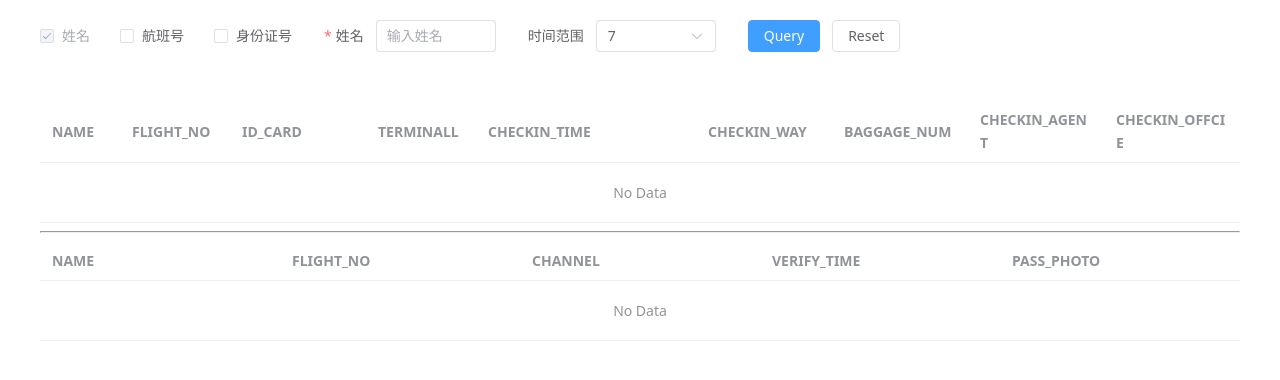
Repository: jhonMacTavish/through-baggage-info-check
Page: / (app in web/)
The author's editor kept a copy of each file at every save. The page is drawn from the files as they stood at one save, then again after the next save.
The browser window is 1280 px wide. The pictures show the whole page.
The project was rebuilt for these pictures with package versions that can differ from the ones it lists, and the page was loaded fresh each time. Also part of the build but not shown: web/vite.config.js.

Above is the page before, as saved 2025-03-12 16:58:04.

### web/index.html
<!--
 * @Author: john_mactavish 981192661@qq.com
 * @Date: 2025-03-12 09:20:58
 * @LastEditors: john_mactavish 981192661@qq.com
 * @LastEditTime: 2025-03-12 16:38:07
 * @FilePath: \passengerInfoSearch\web\index.html
 * @Description: 这是默认设置,请设置`customMade`, 打开koroFileHeader查看配置 进行设置: https://github.com/OBKoro1/koro1FileHeader/wiki/%E9%85%8D%E7%BD%AE
-->
<!doctype html>
<html lang="en">
  <head>
    <meta charset="UTF-8" />
    <link rel="icon" type="image/svg+xml" href="/vite.svg" />
    <meta name="viewport" content="width=device-width, initial-scale=1.0" />
    <title>旅客信息查询</title>
  </head>
  <body>
    <div id="app"></div>
    <script type="module" src="/src/main.js"></script>
  </body>
</html>

### web/src/main.js
/*
 * @Author: john_mactavish 981192661@qq.com
 * @Date: 2025-03-12 09:20:58
 * @LastEditors: john_mactavish 981192661@qq.com
 * @LastEditTime: 2025-03-12 09:31:55
 * @FilePath: \passengerInfoSearch\web\src\main.js
 * @Description: 这是默认设置,请设置`customMade`, 打开koroFileHeader查看配置 进行设置: https://github.com/OBKoro1/koro1FileHeader/wiki/%E9%85%8D%E7%BD%AE
 */
import { createApp } from 'vue'
import './style.css'
import ElementPlus from 'element-plus'
import 'element-plus/dist/index.css'
import App from './App.vue'

createApp(App).use(ElementPlus).mount('#app')

### web/src/style.css
:root {
  font-family: system-ui, Avenir, Helvetica, Arial, sans-serif;
  line-height: 1.5;
  font-weight: 400;

  color-scheme: light dark;
  color: rgba(255, 255, 255, 0.87);
  background-color: #242424;

  font-synthesis: none;
  text-rendering: optimizeLegibility;
  -webkit-font-smoothing: antialiased;
  -moz-osx-font-smoothing: grayscale;
}

a {
  font-weight: 500;
  color: #646cff;
  text-decoration: inherit;
}
a:hover {
  color: #535bf2;
}

body {
  margin: 0;
  display: flex;
  place-items: center;
  min-width: 320px;
  min-height: 100vh;
}

h1 {
  font-size: 3.2em;
  line-height: 1.1;
}

button {
  border-radius: 8px;
  border: 1px solid transparent;
  padding: 0.6em 1.2em;
  font-size: 1em;
  font-weight: 500;
  font-family: inherit;
  background-color: #1a1a1a;
  cursor: pointer;
  transition: border-color 0.25s;
}
button:hover {
  border-color: #646cff;
}
button:focus,
button:focus-visible {
  outline: 4px auto -webkit-focus-ring-color;
}

.card {
  padding: 2em;
}

#app {
  box-sizing: border-box;
  width: 100vw;
  height: 100vh;
  margin: 0 auto;
  padding: 20px;
  /* text-align: center; */
}

@media (prefers-color-scheme: light) {
  :root {
    color: #213547;
    background-color: #ffffff;
  }
  a:hover {
    color: #747bff;
  }
  button {
    background-color: #f9f9f9;
  }
}

### web/src/App.vue
<!--
 * @Author: john_mactavish 981192661@qq.com
 * @Date: 2025-03-12 09:20:58
 * @LastEditors: john_mactavish 981192661@qq.com
 * @LastEditTime: 2025-03-12 16:58:04
 * @FilePath: \passengerInfoSearch\web\src\App.vue
 * @Description: 这是默认设置,请设置`customMade`, 打开koroFileHeader查看配置 进行设置: https://github.com/OBKoro1/koro1FileHeader/wiki/%E9%85%8D%E7%BD%AE
-->
<script setup>
import Header from './components/Header.vue'
import axios from 'axios'
import { dayjs } from 'element-plus'
import { ref } from 'vue'

const passengerData = ref([]);
const verifyData = ref([]);

const reset = () => {
  passengerData.value = [];
  verifyData.value = [];
  console.log(passengerData.value, verifyData.value);
}

const queryPassenger = async (params) => {
  try {
    await axios.get("/api/queryPassenger", { params }).then(res => {
      const data = res.data.data;
      passengerData.value = data.map((item, index) => {
        item.CHECKIN_TIME = dayjs(item.CHECKIN_TIME).format('YYYY-MM-DD HH:mm:ss');
        return item
      });
    });
  } catch (error) {
    console.log(error);
  }
}

const queryVerify = async (row) => {
  const time = dayjs(dayjs()).diff(row.FLIGHT_DATE, 'day');
  const params = {
    PASSENGER_ID: row.ID,
    time
  }
  console.log(params);
  try {
    await axios.get("/api/queryVerify", { params }).then(res => {
      const data = res.data.data;
      console.log(data);
      verifyData.value = data.map(item => {
        item.VERIFY_TIME = dayjs(item.VERIFY_TIME).format('YYYY-MM-DD HH:mm:ss');
        item.VERIFY_TIME = dayjs(item.VERIFY_TIME).format('YYYY-MM-DD HH:mm:ss');
        return item
      });
    });
  } catch (error) {
    console.log(error);
  }
}
</script>

<template>
  <div class="common-layout">
    <el-container>
      <el-header>
        <Header @emitSearch="queryPassenger" @emitReset="reset" />
      </el-header>
      <el-main>
        <el-table :data="passengerData" style="width: 100%">
          <el-table-column label="NAME" width="80px">
            <template #default="scope">
              <el-button link type="primary" size="small" @click.prevent="queryVerify(scope.row)">
                {{ scope.row.NAME }}
              </el-button>
            </template>
          </el-table-column>
          <el-table-column prop="FLIGHT_NO" label="FLIGHT_NO" width="110px" />
          <el-table-column prop="ID_CARD" label="ID_CARD" />
          <el-table-column prop="TERMINALL" label="TERMINALL" width="110px" />
          <el-table-column prop="CHECKIN_TIME" label="CHECKIN_TIME" width="220px" />
          <el-table-column prop="CHECKIN_WAY" label="CHECKIN_WAY" />
          <el-table-column prop="BAGGAGE_NUM" label="BAGGAGE_NUM" />
          <el-table-column prop="CHECKIN_AGENT" label="CHECKIN_AGENT" />
          <el-table-column prop="CHECKIN_OFFCIE" label="CHECKIN_OFFCIE" />
        </el-table>
        <hr>
        <el-table :data="verifyData" style="width: 100%">
          <el-table-column prop="CARD_NAME" label="NAME" />
          <el-table-column prop="FLIGHT_NO" label="FLIGHT_NO" />
          <el-table-column prop="CHANNEL" label="CHANNEL" />
          <el-table-column prop="VERIFY_TIME" label="VERIFY_TIME" />
          <el-table-column label="PASS_PHOTO">
            <template #default="scope">
              <img :src="`http://10.33.113.23:8002${scope.row.PASS_PHOTO}`" alt="">
            </template>
          </el-table-column>
        </el-table>
      </el-main>
    </el-container>
  </div>
</template>

<style scoped>
.logo {
  height: 6em;
  padding: 1.5em;
  will-change: filter;
  transition: filter 300ms;
}

.logo:hover {
  filter: drop-shadow(0 0 2em #646cffaa);
}

.logo.vue:hover {
  filter: drop-shadow(0 0 2em #42b883aa);
}
</style>

### web/src/components/Header.vue
<!--
 * @Author: john_mactavish 981192661@qq.com
 * @Date: 2025-03-12 09:20:58
 * @LastEditors: john_mactavish 981192661@qq.com
 * @LastEditTime: 2025-03-12 15:37:19
 * @FilePath: \passengerInfoSearch\web\src\components\Header.vue
 * @Description: 这是默认设置,请设置`customMade`, 打开koroFileHeader查看配置 进行设置: https://github.com/OBKoro1/koro1FileHeader/wiki/%E9%85%8D%E7%BD%AE
-->
<template>
  <el-form ref="ruleFormRef" :rules="rules" :inline="true" :model="ruleForm" class="demo-form-inline">
    <el-form-item>
      <el-checkbox-group v-model="checkedItems" :min="1">
        <el-checkbox v-for="item in items" :key="item" :label="item" :value="item">
          {{ item }}
        </el-checkbox>
      </el-checkbox-group>
    </el-form-item>
    <el-form-item label="姓名" prop="name" v-if="checkedItems.includes('姓名')">
      <el-input v-model="ruleForm.name" :formatter="(value) => value.toUpperCase()" placeholder="输入姓名" clearable />
    </el-form-item>
    <el-form-item label="航班号" prop="flight" v-if="checkedItems.includes('航班号')">
      <el-input v-model="ruleForm.flight" :formatter="(value) => value.toUpperCase()" placeholder="输入航班号" clearable />
    </el-form-item>
    <el-form-item label="身份证号" prop="IDcard" v-if="checkedItems.includes('身份证号')">
      <el-input v-model="ruleForm.IDcard" :formatter="(value) => value.toUpperCase()" placeholder="输入身份证号" clearable />
    </el-form-item>
    <el-form-item label="时间范围">
      <el-select v-model="ruleForm.time" placeholder="选择时间" clearable>
        <el-option label="一周内" :value="7" />
        <el-option label="一月内" :value="30" />
      </el-select>
    </el-form-item>
    <el-form-item>
      <el-button type="primary" @click="onSubmit(ruleFormRef)">Query</el-button>
      <el-button @click="resetForm(ruleFormRef)">Reset</el-button>
    </el-form-item>
  </el-form>
</template>

<script lang="ts" setup>
import { ref, reactive, defineEmits } from 'vue'
import type { FormInstance, FormRules } from 'element-plus'

const emit = defineEmits([
  'emitSearch', 'emitReset'
])
const checkedItems = ref(['姓名'])
const items = ['姓名', '航班号', '身份证号']

const ruleForm = reactive({
  name: '',
  flight: '',
  IDcard: '',
  time: '7'
})
const validators = [
  (rule: any, value: any, callback: any) => {
    if (value === '') {
      callback(new Error('请输入姓名'))
    } else if (!/^[\u4e00-\u9fa5]{2,4}$/.test(value)) {
      callback(new Error("输入的姓名不符合规范"))
    } else {
      callback()
    }
  },
  (rule: any, value: any, callback: any) => {
    if (value === '') {
      callback(new Error('请输入航班号'))
    } else if (!/^[A-Z\d]{2}\d{3,4}$/.test(value)) {
      callback(new Error("输入的航班号不符合规范"))
    } else {
      callback()
    }
  },
  (rule: any, value: any, callback: any) => {
    if (value === '') {
      callback(new Error('请输入航班号'))
    } else if (!/^[1-9]\d{5}(18|19|20)\d{2}((0[1-9])|(1[0-2]))(([0-2][1-9])|10|20|30|31)\d{3}[0-9Xx]$/.test(value)) {
      callback(new Error("输入的身份证号不符合规范"))
    } else {
      callback()
    }
  }
];
const ruleFormRef = ref<FormInstance>()
const rules = reactive<FormRules<typeof ruleForm>>({
  name: [{ required: checkedItems.value.includes('姓名'), validator: validators[0], trigger: 'blur' }],
  flight: [{ required: checkedItems.value.includes('航班号'), validator: validators[1], trigger: 'blur' }],
  IDcard: [{ required: checkedItems.value.includes('身份证号'), validator: validators[2], trigger: 'blur' }],
})

const onSubmit = async (formEl: FormInstance | undefined) => {
  if(!formEl) return
  await formEl.validate((valid) => {
    if(valid){
      console.log('submit');
      emit('emitSearch', ruleForm);
    } else {
      console.log('error submit');
    }
  })
}

const resetForm = (formEl: FormInstance | undefined) => {
  if (!formEl) return
  formEl.resetFields();
  emit('emitSearch', '');
}
</script>

<style>
.demo-form-inline .el-input {
  --el-input-width: 120px;
}

.demo-form-inline .el-select {
  --el-select-width: 120px;
}
</style>

After the next save:
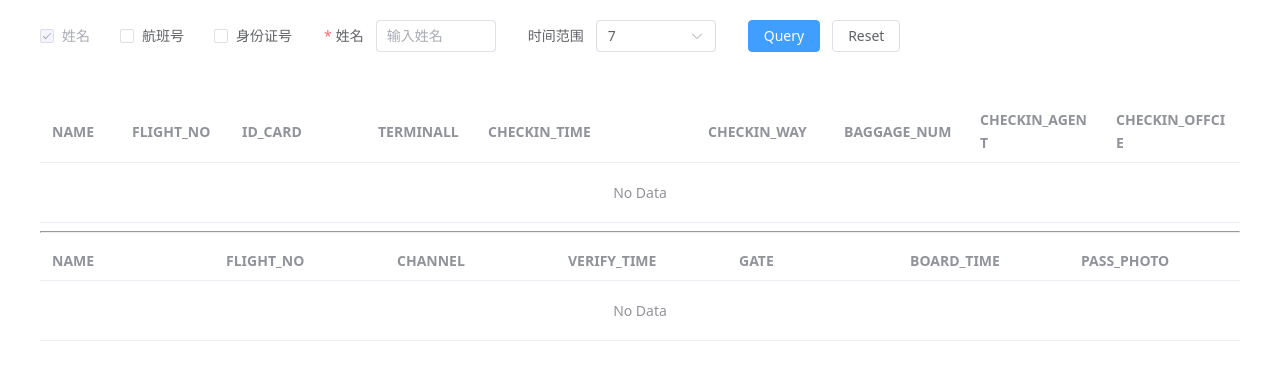
Saved 84 s later.
--- a/web/src/App.vue
+++ b/web/src/App.vue
@@ -2,7 +2,7 @@
  * @Author: john_mactavish 981192661@qq.com
  * @Date: 2025-03-12 09:20:58
  * @LastEditors: john_mactavish 981192661@qq.com
- * @LastEditTime: 2025-03-12 16:58:04
+ * @LastEditTime: 2025-03-12 16:59:28
  * @FilePath: \passengerInfoSearch\web\src\App.vue
  * @Description: 这是默认设置,请设置`customMade`, 打开koroFileHeader查看配置 进行设置: https://github.com/OBKoro1/koro1FileHeader/wiki/%E9%85%8D%E7%BD%AE
 -->
@@ -48,7 +48,7 @@ const queryVerify = async (row) => {
       console.log(data);
       verifyData.value = data.map(item => {
         item.VERIFY_TIME = dayjs(item.VERIFY_TIME).format('YYYY-MM-DD HH:mm:ss');
-        item.VERIFY_TIME = dayjs(item.VERIFY_TIME).format('YYYY-MM-DD HH:mm:ss');
+        item.BOARD_TIME = dayjs(item.BOARD_TIME).format('YYYY-MM-DD HH:mm:ss');
         return item
       });
     });
@@ -88,6 +88,8 @@ const queryVerify = async (row) => {
           <el-table-column prop="FLIGHT_NO" label="FLIGHT_NO" />
           <el-table-column prop="CHANNEL" label="CHANNEL" />
           <el-table-column prop="VERIFY_TIME" label="VERIFY_TIME" />
+          <el-table-column prop="GATE" label="GATE" />
+          <el-table-column prop="BOARD_TIME" label="BOARD_TIME" />
           <el-table-column label="PASS_PHOTO">
             <template #default="scope">
               <img :src="`http://10.33.113.23:8002${scope.row.PASS_PHOTO}`" alt="">
